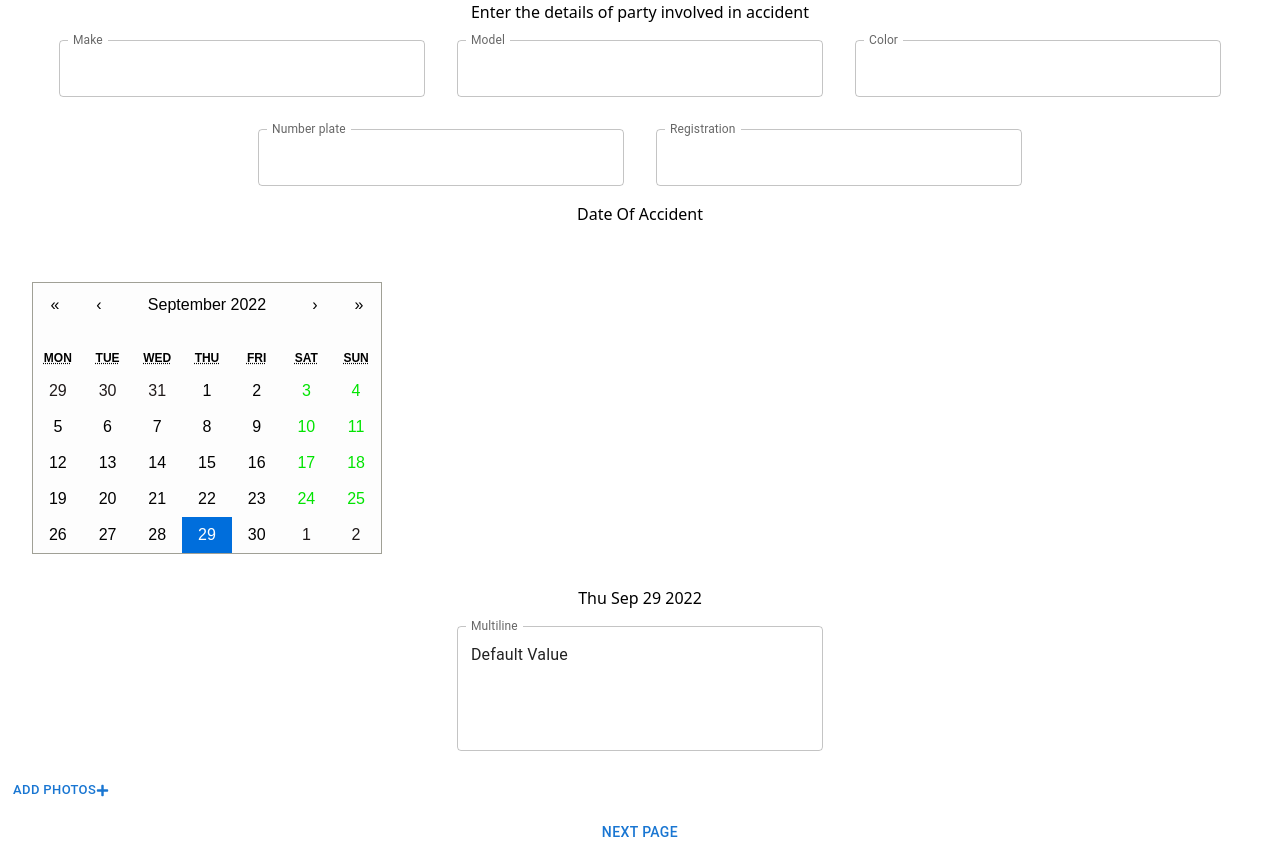
Repository: ALVIN-OBONYO/Xela-smart_insuarance
Page: /report (app in frontend/)
The author's editor kept a copy of each file at every save. The page is drawn from the files as they stood at one save, then again after the next save.
The browser window is 1280 px wide. The pictures show the whole page.
The project was rebuilt for these pictures with package versions that can differ from the ones it lists, and the page was loaded fresh each time. Also part of the build but not shown: frontend/src/Services/TruncateAddress.js, frontend/src/Services/Contract.js, frontend/src/Services/transactions.js, frontend/src/Components/Cards.jsx, frontend/src/Pages/Entrypage.jsx, frontend/src/Services/LoginWithEth.js, frontend/src/Components/Sidebar.js, frontend/src/Pages/Policies.jsx and 3 more.

Above is the page before, as saved 2022-10-07 18:31:53.

### frontend/public/index.html
<!DOCTYPE html>
<html lang="en">
  <head>
    <meta charset="utf-8" />
    <link rel="icon" href="%PUBLIC_URL%/favicon.ico" />
    <meta name="viewport" content="width=device-width, initial-scale=1" />
    <meta name="theme-color" content="#000000" />
    <meta
      name="description"
      content="Web site created using create-react-app"
    />
    <link rel="apple-touch-icon" href="%PUBLIC_URL%/logo192.png" />
    <!--
      manifest.json provides metadata used when your web app is installed on a
      user's mobile device or desktop. See https://developers.google.com/web/fundamentals/web-app-manifest/
    -->
    <link rel="manifest" href="%PUBLIC_URL%/manifest.json" />
    <!--
      Notice the use of %PUBLIC_URL% in the tags above.
      It will be replaced with the URL of the `public` folder during the build.
      Only files inside the `public` folder can be referenced from the HTML.

      Unlike "/favicon.ico" or "favicon.ico", "%PUBLIC_URL%/favicon.ico" will
      work correctly both with client-side routing and a non-root public URL.
      Learn how to configure a non-root public URL by running `npm run build`.
    -->
    <title>React App</title>
  </head>
  <body>
    <noscript>You need to enable JavaScript to run this app.</noscript>
    <link
    href="https://unpkg.com/tailwindcss@^1.0/dist/tailwind.min.css"
    rel="stylesheet"
  />
  <!-- <script src="https://cdn.jsdelivr.net/npm/web3@latest/dist/web3.min.js"></script> -->
  <script
    src="https://cdnjs.cloudflare.com/ajax/libs/web3/1.6.1/web3.min.js"
    integrity="sha512-5erpERW8MxcHDF7Xea9eBQPiRtxbse70pFcaHJuOhdEBQeAxGQjUwgJbuBDWve+xP/u5IoJbKjyJk50qCnMD7A=="
    crossorigin="anonymous"
    referrerpolicy="no-referrer"
  ></script>
    <div id="root"></div>
    <!--
      This HTML file is a template.
      If you open it directly in the browser, you will see an empty page.

      You can add webfonts, meta tags, or analytics to this file.
      The build step will place the bundled scripts into the <body> tag.

      To begin the development, run `npm start` or `yarn start`.
      To create a production bundle, use `npm run build` or `yarn build`.
    -->
  </body>
</html>

### frontend/src/index.js
import React from 'react';
import ReactDOM from 'react-dom/client';
import './index.css';
import App from './App';
import reportWebVitals from './reportWebVitals';
const root = ReactDOM.createRoot(document.getElementById('root'));
root.render(
  <React.StrictMode>

       <App />

  </React.StrictMode>
);

// If you want to start measuring performance in your app, pass a function
// to log results (for example: reportWebVitals(console.log))
// or send to an analytics endpoint. Learn more: https://bit.ly/CRA-vitals
reportWebVitals();

### frontend/src/App.jsx
import './App.css';
import RoutePages from './Components/RoutePages';

function App() {
  return (
    <div className="App">
      <RoutePages/>
    </div>
  );
}

export default App;

### frontend/src/Components/RoutePages.jsx
import React from 'react'
import { BrowserRouter, Routes, Route, MemoryRouter} from 'react-router-dom'
import EntryPage from '../Pages/Entrypage'
import PolicyMaker from '../Pages/Policies'
import ReportForm from '../Pages/ReportForm'
import Report from '../Pages/Report'
import ReportInfo from '../Pages/ReportInfo'
import FormPagination from './FormPagination'

const RoutePages = () => {
    return (
    <>
  <BrowserRouter>
   <Routes>

    <Route exact path="/" element={<EntryPage />} />
    <Route path="policy" element={<PolicyMaker />} />
    <Route path="report" element={<ReportForm />} />
    <Route path="details" element={<ReportInfo />} />

   </Routes>

  </BrowserRouter>
  {/* <MemoryRouter initialEntries={['/report']} initialIndex={1}>
          <Routes>
            <Route path="?page=2" element={<ReportInfo />} />
            <Route path="?page=3" element={<ReportForm />} />
            <Route path='*' element={<FormPagination/>} />
          </Routes>
       </MemoryRouter> */}
  </>
    )
}

export default RoutePages

### frontend/src/Pages/ReportForm.jsx
import VehicleForm from "../Components/Input";
import UploadPhotos from "../Components/Upload";
import { Button} from "@mui/material"
import { useNavigate } from "react-router-dom";
const ReportForm = () => {
    const navigate = useNavigate()

    const Details = () => {
        navigate("/details")
    }
    return (
        <>
        <VehicleForm />
        <UploadPhotos />
        <Button onClick={Details}>Next Page</Button>
        </>
    )
}

export default ReportForm

### frontend/src/Components/Navbar.css
nav {
    width: 100vw;
    display: flex;
    justify-content: flex-start;
    align-items: flex-start;
}

.brand {
    flex-grow: 1;
    text-align: start;
    padding-left: 2.9rem;
    margin-top: 0.4rem;
    font-size: 1.2rem;
}

.X {
    font-size: 2rem;

}
.nav-section {
    display: flex;
    flex-grow: 1;
    gap: 3em;
    font-size: 1.2rem;
    padding-right: 2em;
    justify-content: center;
    align-items: center;
    margin-top: 0.4rem;
}
.top-descr  {
    margin-top: 0;
    padding: 1em;
    text-align: justify;
    font-size: 1.6rem;
    min-height: 45vh;


}



#descr {
    margin-top: 0.5rem;
    padding: 1em;
    text-align: justify;
    font-size: 1.4rem;


}

#top > h1 {
    font-size: 2.2rem;
    font-weight: 700;
    color: rgba(255, 255, 255, 0.952);
    margin-bottom: 0.4em;

}
header {
    background: rgb(2,0,36);
background: radial-gradient(circle, rgba(2,0,36,1) 0%, rgba(1,0,5,1) 20%, rgba(0,0,0,1) 35%, rgba(0,15,19,1) 64%, rgba(0,0,0,1) 100%);
    color: rgb(248, 248, 248);
}


.chainbox {
    display: none;
}
#top-pg {

    font-size: 1.2rem;
    margin-bottom: 0.9rem;
}
#policy-sec {
    display: flex;
    flex-direction: column;
    gap: 0.8em;

}
input[type=text] {
    flex-grow: 1;
    height: 2.5em;
}
#btn-policy {
    background-color: rgb(0, 39, 90);
    flex-grow: 1;
    color: wheat;
    border: none;
    margin-top: 0.8em;
    border-radius: 5px;
    padding: 0.6rem;
    font-size: 1.4rem;
    font-weight: 500;

}
#buy-policy {
    width: 70vw;
    height: 2.5em;
    border: none;
    background-color: #008000;
    color:aliceblue;
    font-size: 0.9rem;
    border-radius: 15px;
}
#social-icons {
    display: flex;
    gap: 2em;

}
#land-footer {
    background: rgb(2,0,36);
    background: radial-gradient(circle, rgba(2,0,36,1) 0%, rgba(1,0,5,1) 20%, rgba(0,0,0,1) 35%, rgba(0,15,19,1) 64%, rgba(0,0,0,1) 100%);
    color: rgb(248, 248, 248);
    position: relative;
    padding: 1.2em  0.9em;
    font-size: 1.4rem;
    /* display: flex;
    justify-content: center;
    align-items: center; */
}

.news-mail {
    display: flex;
    background-color: rgb(220, 230, 255);
    color: rgb(0, 0, 0);
    flex-direction: row;
    flex-wrap: wrap;
    padding: 2em;
    max-width: 70vw;
    border-radius: 2em;
    margin: auto;

}

.news-mail > h2 {
    flex-grow: 1;
    font-size: 2rem;
}

.footer-service {
    display: flex;
    flex-direction: row;
    flex-wrap: wrap;
    gap: 2em;
    text-align: justify;
}

.footer-sect {
    font-size: 2rem;
    color:rgba(184, 184, 184, 0.918);
    flex-grow: 1;
}

.sect-bottom {
    margin-top: 1.3rem;
    font-size: 1.4rem;
    color:rgb(220, 230, 255)
}
.navflex {
    display: flex;
    flex-direction: column;
    justify-content: center;
    align-items: center;
    gap: 2em;
    background-color: rgba(19, 20, 27, 0.918);
    color: white;
    width: 100vw;
    height: 100vh;
    right: 0;
    top: 0;
    position: absolute;
    text-transform: uppercase;
    /* animation-name: ${navanim}; */
}

.nav-wallet {
    width: 50vw;
    height: 50vh;
    font-size: 1.6rem;
    background-color: black;
    color: white;
}

.my-wallet {
    display: flex;
    flex-direction: column;
    gap: 2em;
}
@media screen and (max-width: 600px){
   .nav-section {

      display: none;
   }

   .footer-service {
    flex-direction: column;
    justify-content: center;
    align-items: center;
    text-align: center;
   }

   #social-icons {
    align-items: center;
    justify-content: center;
   }
}

@media screen and (min-width: 600px){
    .toogleNav {
        display: none;
        padding: 1.3em;
    }

    .imageBox {
        display: flex;
        width: 30vw;
        height: 40vh;

        margin-right: 0.7em;
    }

    .imageBox > img{
        width: 100%;
        height: 100%;
        justify-content: flex-end;
        align-items: flex-end;
        border-radius: 100%;

    }
     .top-header {
        display: flex;
     }
    .chainbox > img {
        width: 100%;
        height: 100%;
    }
    .chainbox {
        display: flex;
        width: 40vw;
        height: 30vh;
        flex-basis: 1;
    }

    #descr {
        margin-top: 0.5rem;
        padding: 1em;
        text-align: justify;
        font-size: 1.4rem;
        max-width: 60vw;

    }
}

### frontend/src/Components/Input.js
import * as React from 'react'
import Box from '@mui/material/Box'
import TextField from '@mui/material/TextField'
import MyCalendar from './Calendar.jsx'
import Button from '@mui/material/Button'
export default function VehicleForm () {
    return (
        <Box
          component="form"
          sx={{
            '& .MuiTextField-root': {m: 2, width: '40ch'}
          }}
          noValidate
          autoComplete='off'

          >

            <div>
                <h4>Enter the details of party involved in accident</h4>
            <TextField
          id="outlined-size-small"
          label="Make"
          type="text"
          size="small"

          InputLabelProps={{
            shrink: true,

          }}
        />
        <TextField
          id="outlined-size-small"
          label="Model"
          type="text"
          size="small"
          InputLabelProps={{
            shrink: true,
          }}
        />
        <TextField
          id="outlined-size-small"
          label="Color"
          type="text"
          size="small"
          InputLabelProps={{
            shrink: true,
          }}
        />
        <TextField
          id="outlined-size-small"
          label="Number plate"
          type="text"
          size="small"
          InputLabelProps={{
            shrink: true,
          }}
        />
         <TextField
          id="outlined-size-small"
          label="Registration"
          type="text"
          size="small"
          InputLabelProps={{
            shrink: true,
          }}
        />
        <MyCalendar />
        <TextField
          id="outlined-multiline-static"
          label="Multiline"
          multiline
          rows={4}
          defaultValue="Default Value"
        />
            </div>
          </Box>
    )
}

export const DetailsForm = () => {
    return (
        <>
        <Box
        component="form"
        sx={{
          '& .MuiTextField-root': {m: 2, width: '40ch'}
        }}
        noValidate
        autoComplete='off'

        >

          <div>
              <h4>Police Officer Details</h4>
          <TextField
        id="outlined-size-small"
        label="Name"
        type="text"
        size="small"

        InputLabelProps={{
          shrink: true,

        }}
      />
      <TextField
        id="outlined-size-small"
        label="Badge Number"
        type="text"
        size="small"
        InputLabelProps={{
          shrink: true,
        }}
      />

          </div>
          <div>
          <h4>Involved Party Details</h4>
      <TextField
    id="outlined-size-small"
    label="Name"
    type="text"
    size="small"

    InputLabelProps={{
      shrink: true,

    }}
  />
  <TextField
    id="outlined-size-small"
    label="Insurer"
    type="text"
    size="small"
    InputLabelProps={{
      shrink: true,
    }}
  />
  <TextField
    id="outlined-size-small"
    label="Policy Number"
    type="text"
    size="small"
    InputLabelProps={{
      shrink: true,
    }}
  />

<TextField
    id="outlined-size-small"
    label="Phone Number"
    type="text"
    size="small"
    InputLabelProps={{
      shrink: true,
    }}
  />

      </div>
      <div>
      <h4>Witnesses(Optional)</h4>
  <TextField
id="outlined-size-small"
label="Name"
type="text"
size="small"

InputLabelProps={{
  shrink: true,

}}
/>
<TextField
id="outlined-size-small"
label="Phone Number"
type="text"
size="small"
InputLabelProps={{
  shrink: true,
}}
/>
<Button>Add Witness</Button>
  </div>
        </Box>
        </>
    )
}

### frontend/src/Components/Upload.js
import { FaPlus} from 'react-icons/fa'
import React, {useState, useRef} from 'react'

import {CardActions, Card, Box, CardContent, Button, Typography } from '@mui/material'

import { BsFillCameraFill} from 'react-icons/bs'

import './Upload.css'
const UploadPhotos = () => {
    const [photoCard, setPhotoCard] = useState([])
    const [counter, setCounter] = useState(0)
    const imageRef = useRef(null)

    const renderPhotos = () => {
        setCounter(counter + 1)
    }


    const photoList = () => {
        const rowList = []
        for (let i = 0; i < counter; i++){
            rowList.push(`add photo`)
        }
        return (
            <>
            {rowList && rowList.map((e)=> {
                return (
                    <div className="ImageContainer">

                       <img src="" className="Image" alt='' ref={imageRef} />
                       <label htmlFor='inputFile'>
                        <BsFillCameraFill color='black' size="3em"/>
                            <input type="file" className="file-name" id="inputFile" onChange={addPhotoCard} accept="image/*"/>
                       </label>
                    </div>
                )
            })}
            </>
        )
        }
    const addPhotoCard = (event) => {
        let reader = new FileReader()
        reader.onload = function(){
            let output = imageRef.current
            output.src = reader.result;
        }
       if(event.target.files[0]){
        reader.readAsDataURL(event.target.files[0])
       }

    }
    return (
        <div>

        <CardActions>
        <Button size="small" onClick={renderPhotos}>add photos <FaPlus /></Button>
        </CardActions>
        <Box sx={{width: 400}}>
        <Card>{photoList()}</Card>
        </Box>
        </div>

    )
}

export default UploadPhotos

### frontend/src/Components/Calendar.jsx
import Calendar from 'react-calendar'
import React, {useState} from 'react'
import './Calendar.css'

const MyCalendar = () => {
    const [calendarDate, setCalendarDate] = useState(new Date())

    const changeDate = (calendarDate) => {
         setCalendarDate(calendarDate)
    }
    return (
        <div>
           <h3>Date Of Accident</h3><br/>
           <Calendar onChange={changeDate} value={calendarDate} />
           <h4>{calendarDate.toDateString()}</h4>

        </div>
    )
}

export default MyCalendar

### frontend/src/Components/Upload.css
.ImageContainer {
    width: 15em;
        height: 15em;
        background-color: #313131f3;


        display: flex;
        flex-direction: column;
        justify-content: center;
        align-items:center;
        position: relative;
}

input[type=file] {
    display: none
}

label {
    cursor: pointer;
    position: absolute;
    bottom: 0;
    left: 0;
}

.Image {
    width: 100%;
    height: 100%;
}

### frontend/src/Components/Calendar.css
.react-calendar {
    width: 350px;
    max-width: 100%;
    background: rgb(253, 253, 253);

    border: 1px solid #a0a096;
    font-family: Arial, Helvetica, sans-serif;
    line-height: 1.125em;
    position: relative;
    margin: 2em;

  }
  .react-calendar--doubleView {
    width: 700px;
  }
  .react-calendar--doubleView .react-calendar__viewContainer {
    display: flex;
    margin: -0.5em;
  }
  .react-calendar--doubleView .react-calendar__viewContainer > * {
    width: 50%;
    margin: 0.5em;
  }
  .react-calendar,
  .react-calendar *,
  .react-calendar *:before,
  .react-calendar *:after {
    -moz-box-sizing: border-box;
    -webkit-box-sizing: border-box;
    box-sizing: border-box;
  }
  .react-calendar button {
    margin: 0;
    border: 0;
    outline: none;
  }
  .react-calendar button:enabled:hover {
    cursor: pointer;
  }
  .react-calendar__navigation {
    display: flex;
    height: 44px;
    margin-bottom: 1em;
  }
  .react-calendar__navigation button {
    min-width: 44px;
    background: none;
  }
  .react-calendar__navigation button:disabled {
    background-color: #f0f0f0;
  }
  .react-calendar__navigation button:enabled:hover,
  .react-calendar__navigation button:enabled:focus {
    background-color: #e6e6e6;
  }
  .react-calendar__month-view__weekdays {
    text-align: center;
    text-transform: uppercase;
    font-weight: bold;
    font-size: 0.75em;
  }
  .react-calendar__month-view__weekdays__weekday {
    padding: 0.5em;
  }
  .react-calendar__month-view__weekNumbers .react-calendar__tile {
    display: flex;
    align-items: center;
    justify-content: center;
    font-size: 0.75em;
    font-weight: bold;
  }
  .react-calendar__month-view__days__day--weekend {
    color: #00e400;
  }
  .react-calendar__month-view__days__day--neighboringMonth {
    color: #201a1a;
  }
  .react-calendar__year-view .react-calendar__tile,
  .react-calendar__decade-view .react-calendar__tile,
  .react-calendar__century-view .react-calendar__tile {
    padding: 2em 0.5em;
  }
  .react-calendar__tile {
    max-width: 100%;
    padding: 10px 6.6667px;
    background: none;
    text-align: center;
    line-height: 16px;
  }
  .react-calendar__tile:disabled {
    background-color: #f0f0f0;
  }
  .react-calendar__tile:enabled:hover,
  .react-calendar__tile:enabled:focus {
    background-color: #e6e6e6;
  }
  .react-calendar__tile--now {
    background: #ffff76;
  }
  .react-calendar__tile--now:enabled:hover,
  .react-calendar__tile--now:enabled:focus {
    background: #ffffa9;
  }
  .react-calendar__tile--hasActive {
    background: #07c550;
  }
  .react-calendar__tile--hasActive:enabled:hover,
  .react-calendar__tile--hasActive:enabled:focus {
    background: #a9d4ff;
  }
  .react-calendar__tile--active {
    background: #006edc;
    color: white;
  }
  .react-calendar__tile--active:enabled:hover,
  .react-calendar__tile--active:enabled:focus {
    background: #1087ff;
  }
  .react-calendar--selectRange .react-calendar__tile--hover {
    background-color: #e6e6e6;
  }

Loaded but not shown: frontend/src/index.css (common file); frontend/src/reportWebVitals.js (common file); frontend/src/App.css (common file)

After the next save:
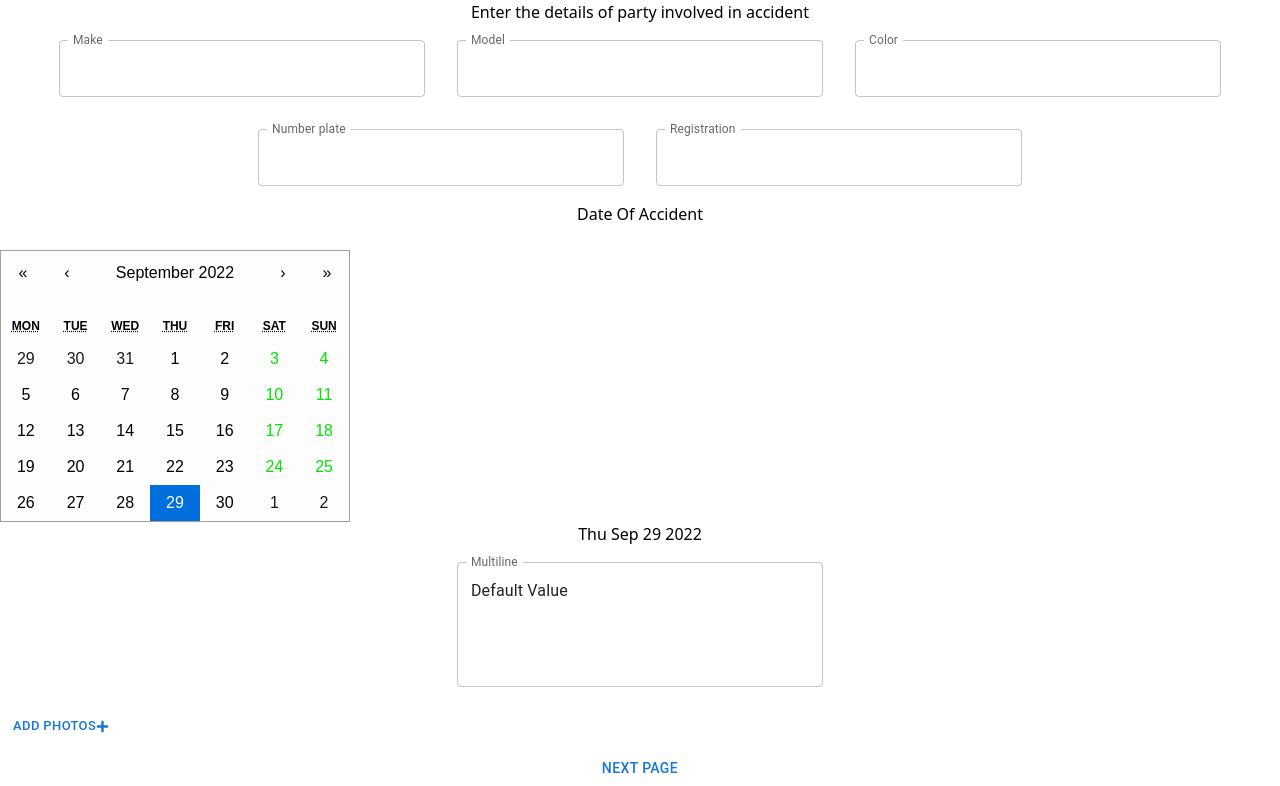
Saved 82 s later.
--- a/frontend/src/Components/Calendar.css
+++ b/frontend/src/Components/Calendar.css
@@ -7,7 +7,7 @@
     font-family: Arial, Helvetica, sans-serif;
     line-height: 1.125em;
     position: relative;
-    margin: 2em;
+    /* margin: 2em; */
 
   }
   .react-calendar--doubleView {
